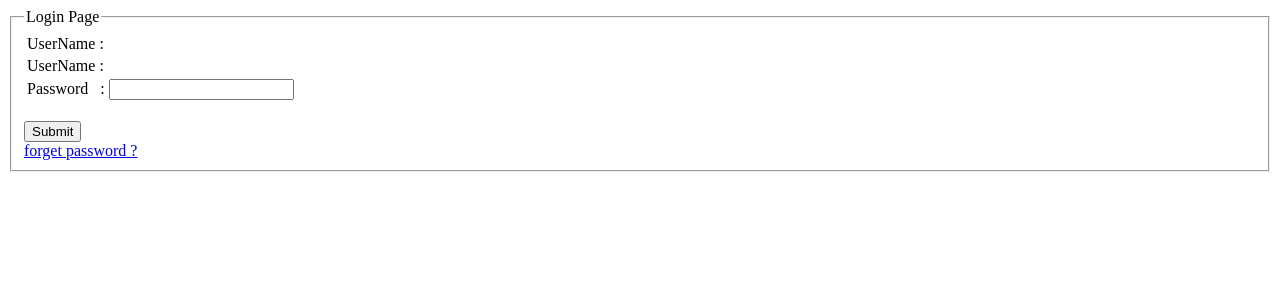
Repository: vishaldhardubey/Java-Programs-BridgeIT
Page: Maven/StudentInfoApplication/WebContent/loginPage.html
An editor plug-in stored every save of this project. The page is shown before and after the next save, followed by the edit.
The browser window is 1280 px wide. The pictures show the whole page.

Above is the page before, as saved 2018-06-20 06:28:05.

After the next save:
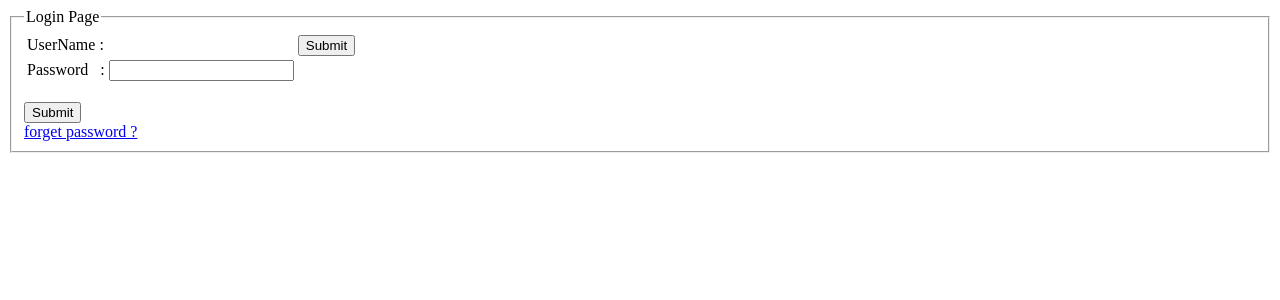
Saved 38 s later.
--- a/Maven/StudentInfoApplication/WebContent/loginPage.html
+++ b/Maven/StudentInfoApplication/WebContent/loginPage.html
@@ -16,14 +16,8 @@ function Validation(){
 <form action="login" method="POST">
 	<table>
 	<tr>
-		<td>
-		UserName :
-		</td>
-		</tr>
-		<tr>
-		<td>
-		UserName :
-		</td>
+		<td>UserName :</td>
+		<td> <input type ="Submit"
 		</tr>
 
 		<tr>
